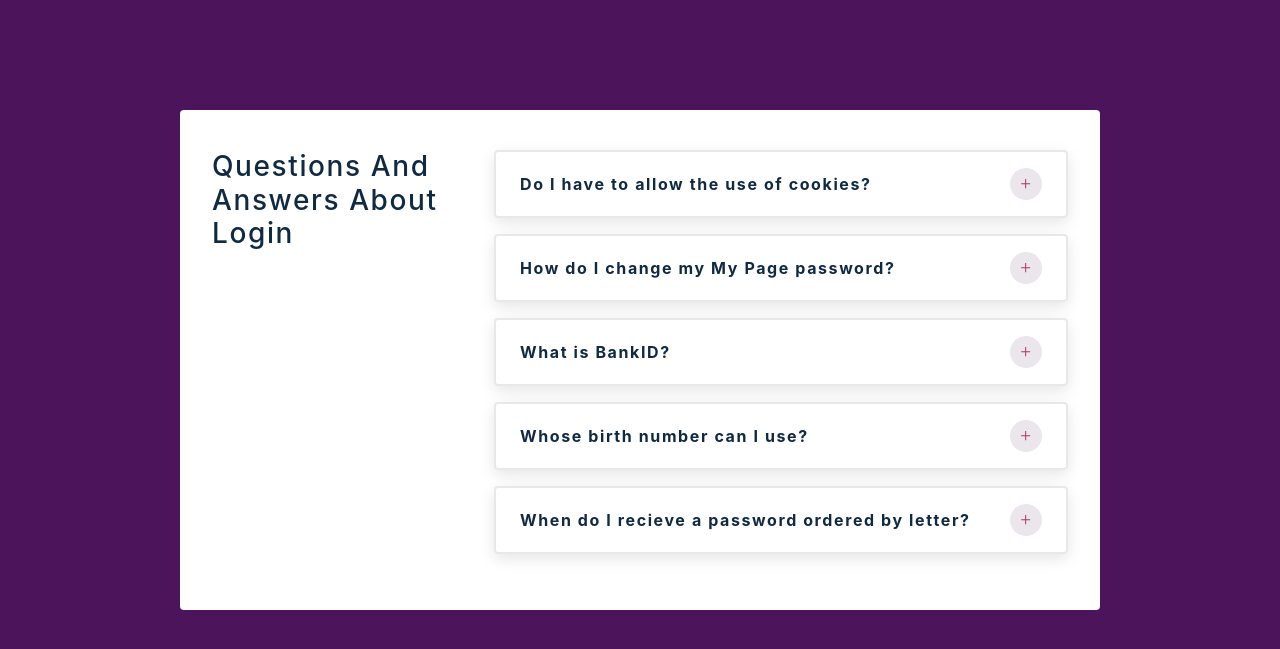
Repository: Reghanoid/Accordion
Page: /
The author's editor kept a copy of each file at every save. The page is drawn from the files as they stood at one save, then again after the next save.
The browser window is 1280 px wide. The pictures show the whole page.
The project was rebuilt for these pictures with package versions that can differ from the ones it lists, and the page was loaded fresh each time.

Above is the page before, as saved 2022-06-08 14:56:50.

### src/App.js
import React, { useState } from 'react'
import data from './data'
import SingleQuestion from './Question'
function App() {
  const [questions, setQuestions] = useState(data)

  return (
    <div>
      <main>
        <div className='container'>
          <h3>Questions and Answers about Login</h3>
          <section className='info'>
            {questions.map((question) => {
              return <SingleQuestion key={question.id} {...question} />
            })}
          </section>
        </div>
      </main>
    </div>
  )
}

export default App

### src/data.js
const questions = [
  {
    id: 1,
    title: 'Do I have to allow the use of cookies?',
    info:
      'Unicorn vinyl poutine brooklyn, next level direct trade iceland. Shaman copper mug church-key coloring book, whatever poutine normcore fixie cred kickstarter post-ironic street art.',
  },
  {
    id: 2,
    title: 'How do I change my My Page password?',
    info:
      'Coloring book forage photo booth gentrify lumbersexual. Migas chillwave poutine synth shoreditch, enamel pin thundercats fashion axe roof party polaroid chartreuse.',
  },
  {
    id: 3,
    title: 'What is BankID?',
    info:
      'Enamel pin fam sustainable woke whatever venmo. Authentic asymmetrical put a bird on it, lumbersexual activated charcoal kinfolk banjo cred pickled sartorial.',
  },
  {
    id: 4,
    title: 'Whose birth number can I use?',
    info:
      'Edison bulb direct trade gentrify beard lo-fi seitan sustainable roof party franzen occupy squid. Knausgaard cronut succulents, scenester readymade shabby chic lyft. Copper mug meh vegan gentrify.',
  },
  {
    id: 5,
    title: 'When do I recieve a password ordered by letter?',
    info:
      'Locavore franzen fashion axe live-edge neutra irony synth af tilde shabby chic man braid chillwave waistcoat copper mug messenger bag. Banjo snackwave blog, microdosing thundercats migas vaporware viral lo-fi seitan ',
  },
]
export default questions

### src/Question.js
import React, { useState } from 'react'
import { AiOutlineMinus, AiOutlinePlus } from 'react-icons/ai'

const Question = ({ title, info }) => {
  const [showInfo, setShowInfo] = useState(false)

  return (
    <article className='question'>
      <header>
        <h4>{title}</h4>
        <button className='btn' onClick={() => setShowInfo(!showInfo)}>
          {showInfo ? <AiOutlineMinus /> : <AiOutlinePlus />}
        </button>
      </header>
      {showInfo && <p> {info} </p>}
    </article>
  )
}

export default Question

Loaded but not shown: public/index.html (common file); src/index.js (common file); src/index.css (common file)

After the next save:
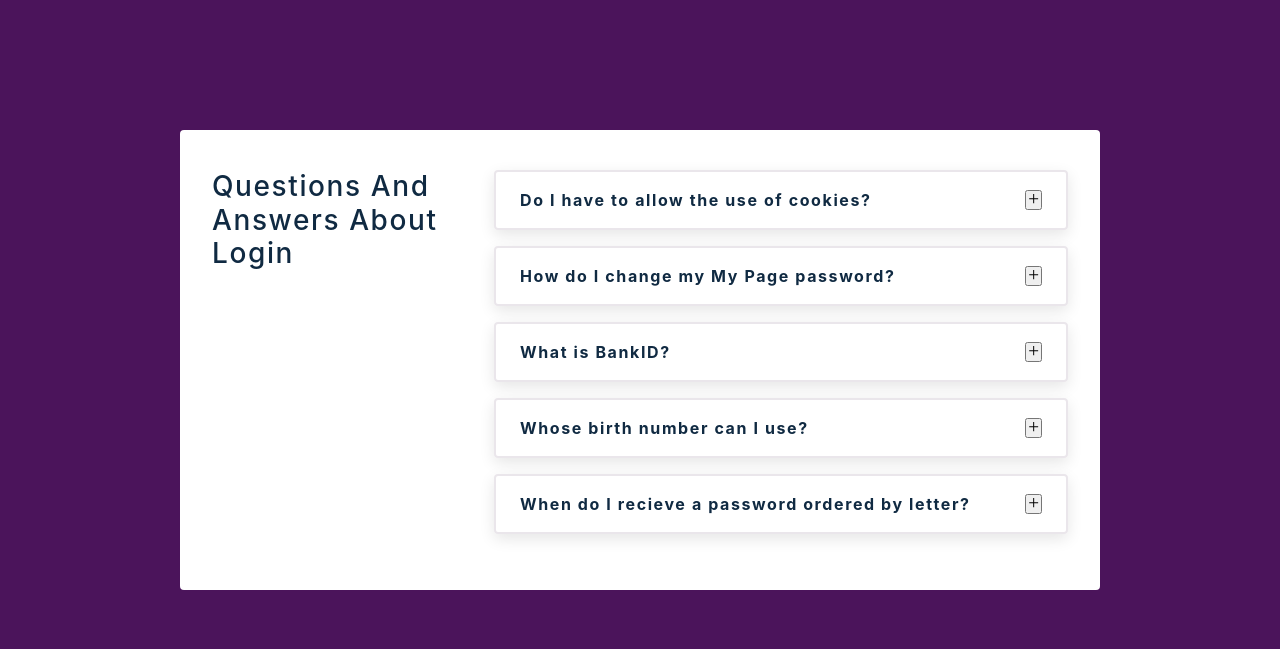
Saved 81 days later.
--- a/src/Question.js
+++ b/src/Question.js
@@ -8,7 +8,7 @@ const Question = ({ title, info }) => {
     <article className='question'>
       <header>
         <h4>{title}</h4>
-        <button className='btn' onClick={() => setShowInfo(!showInfo)}>
+        <button className='#' onClick={() => setShowInfo(!showInfo)}>
           {showInfo ? <AiOutlineMinus /> : <AiOutlinePlus />}
         </button>
       </header>
